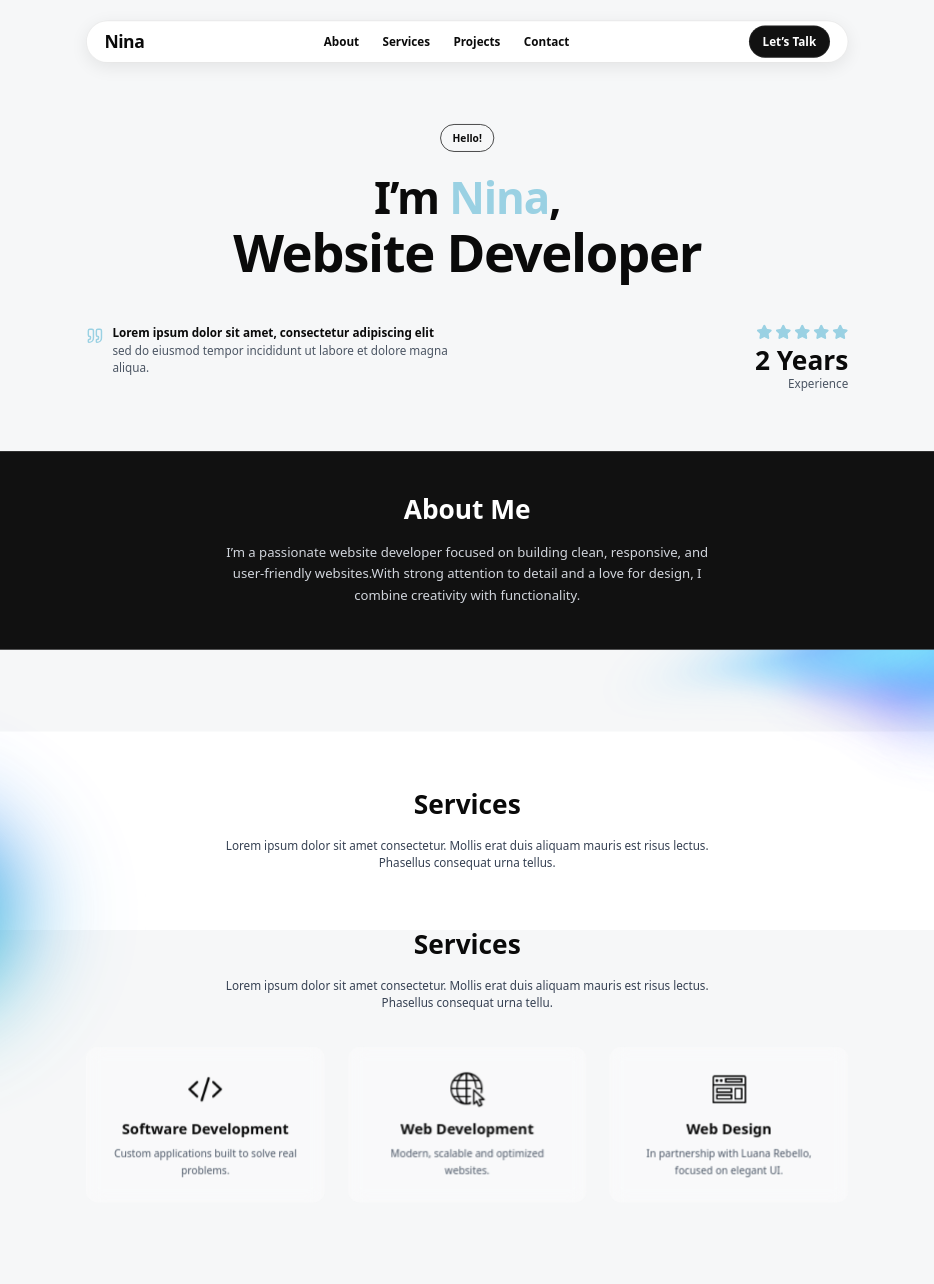
Repository: nina-rebello/portfolio
Page: /
An editor plug-in stored every save of this project. The page is shown before and after the next save, followed by the edit.
The browser window is 1280 px wide. The pictures show the whole page, at 73% of full size.
The project was rebuilt for these pictures with package versions that can differ from the ones it lists, and the page was loaded fresh each time. The framework's server and built-in components were replaced by stand-ins that run in the browser. Also part of the build but not shown: next.config.ts.

Above is the page before, as saved 2025-09-11 17:08:26.

### app/page.tsx
// app/page.tsx
import Header from "@/components/header/Header";
import AboutMe from "@/components/sections/About";
import Hero from "@/components/sections/Hero";
import Services from "@/components/sections/Services";

export default function HomePage() {
  return (
    <>
      <Header />
      <main>
        <Hero />
        <AboutMe />
        <Services />
      </main>
    </>
  );
}

### app/globals.css
@import "tailwindcss";
/* app/(styles)/header.css */
:root{
  --bg:#f6f7f8;           /* fundo clarinho do mock */
  --ink:#0a0a0a;          /* texto principal */
  --muted:#4b5563;        /* texto secundário */
  --pill:#ffffff;         /* fundo do header/cta pill */
  --brand:#9ad1e3;        /* azul do “Nina” e estrelas */
}

html,body{background:var(--bg); color:var(--ink);}

/* helpers */
.container-hero{max-width:1100px; margin-inline:auto; padding-inline:clamp(16px,3vw,28px);}
.glass{
  background:var(--pill);
  border:1px solid rgba(0,0,0,.08);
  box-shadow:0 6px 24px rgba(0,0,0,.08);
}
.btn-pill{
  border-radius:9999px; padding:10px 18px; font-weight:600;
  background:#111; color:#fff; border:1px solid rgba(255,255,255,.1);
  transition:transform .15s ease, box-shadow .15s ease, opacity .2s ease;
}
.btn-pill:hover{ transform:translateY(-1px); box-shadow:0 8px 24px rgba(0,0,0,.18);}
.nav-link{ padding:10px 14px; border-radius:12px; font-weight:600; }
.nav-link:hover{ background:rgba(0,0,0,.04); }

### components/header/Header.tsx
"use client";

import Link from "next/link";
import { useState, useEffect } from "react";
import { Menu, X } from "lucide-react";

const NAV = [
  { label: "About", href: "#about" },
  { label: "Services", href: "#services" },
  { label: "Projects", href: "#projects" },
  { label: "Contact", href: "#contact" },
];

export default function Header() {
  const [open, setOpen] = useState(false);

  // fecha o menu ao navegar/scroll
  useEffect(() => {
    const close = () => setOpen(false);
    window.addEventListener("scroll", close);
    return () => window.removeEventListener("scroll", close);
  }, []);

  return (
    <header className="sticky top-7 z-50">
      <div className="container-hero">
        <div
          className="glass flex items-center justify-between rounded-[32px] px-4 sm:px-6 py-1.5"
          role="navigation"
          aria-label="Primary"
        >
          {/* logo / nome */}
          <Link href="/" className="font-bold tracking-tight text-xl sm:text-2xl">
            Nina
          </Link>

          {/* desktop nav */}
          <nav className="hidden md:flex items-center gap-1">
            {NAV.map((i) => (
              <a key={i.href} href={i.href} className="nav-link">
                {i.label}
              </a>
            ))}
          </nav>

          {/* CTA */}
          <div className="hidden md:block">
            <a href="#contact" className="btn-pill">Let’s Talk</a>
          </div>

          {/* mobile toggle */}
          <button
            aria-label="Abrir menu"
            className="md:hidden p-2 rounded-xl hover:bg-black/5"
            onClick={() => setOpen((v) => !v)}
          >
            {open ? <X /> : <Menu />}
          </button>
        </div>

        {/* mobile sheet */}
        {open && (
          <div className="md:hidden mt-2 glass rounded-3xl p-3">
            <nav className="grid gap-1">
              {NAV.map((i) => (
                <a
                  key={i.href}
                  href={i.href}
                  className="nav-link"
                  onClick={() => setOpen(false)}
                >
                  {i.label}
                </a>
              ))}
              <a href="#contact" className="btn-pill text-center mt-1">
                Let’s Talk
              </a>
            </nav>
          </div>
        )}
      </div>
    </header>
  );
}

### components/sections/About.tsx
export default function AboutMe() {
  return (
    <section id="about" className="bg-[#111] text-white  py-11 sm:py-15 mt-4 sm:mt-20">
      <div className="container-hero text-center">
        <h2 className="text-3xl sm:text-4xl font-extrabold mb-6">
          About Me
        </h2>
        <p className="max-w-2xl mx-auto text-lg text-gray-300 leading-relaxed">
          I’m a passionate website developer focused on building
          clean, responsive, and user-friendly websites.
          {/* <br /> */}
          With strong attention to detail and a love for design,
          I combine creativity with functionality.
        </p>
      </div>
    </section>
  );
}

### components/sections/Hero.tsx
import { Quote, Star } from "lucide-react";

function HelloBubble() {
  return (
    <div className="inline-flex items-center gap-2">
      <span className="inline-flex items-center justify-center rounded-full border px-4 py-2 text-sm font-semibold">
        Hello!
      </span>
    </div>
  );
}

export default function Hero() {
  return (
    <section className="pt-20 sm:pt-28">
      <div className="container-hero">
        {/* bloco principal */}
        <div className="text-center">
          <div className="mb-6 sm:mb-8">
            <HelloBubble />
          </div>

          <p className="text-4xl sm:text-5xl md:text-6xl font-bold tracking-tight">
            I’m{" "}
            <span style={{ color: "var(--brand)" }}>
              Nina
            </span>
            ,
          </p>
          <h1 className="mt-2 text-4xl sm:text-6xl md:text-7xl font-bold tracking-tight">
            Website Developer
          </h1>
        </div>

        {/* faixa inferior: quote esquerda / rating direita */}
        <div className="mt-16 grid grid-cols-1 md:grid-cols-2 gap-8 items-start">
          {/* quote */}
          <div className="flex gap-3">
            <div className="mt-1">
              <Quote className="text-[var(--brand)]" />
            </div>
            <div>
              <p className="font-semibold">
                Lorem ipsum dolor sit amet, consectetur adipiscing elit
              </p>
              <p className="text-[var(--muted)]">
                sed do eiusmod tempor incididunt ut labore et dolore magna aliqua.
              </p>
            </div>
          </div>

          {/* rating / experiência */}
          <div className="flex md:justify-end">
            <div className="text-right">
              <div className="flex justify-end gap-1 mb-2" aria-label="5 out of 5 stars">
                {Array.from({ length: 5 }).map((_, i) => (
                  <Star key={i} className="text-[var(--brand)]" fill="currentColor" size={22} />
                ))}
              </div>
              <div className="text-3xl sm:text-4xl font-bold">2 Years</div>
              <div className="text-[var(--muted)]">Experience</div>
            </div>
          </div>
        </div>
      </div>
    </section>
  );
}

### components/sections/Services.tsx
import Image from "next/image";
import { Code, Globe, Layout } from "lucide-react";

const services = [
  {
    icon: "/icons/icons8-source-code-96.png",
    title: "Software Development",
    desc: "Custom applications built to solve real problems.",
  },
  {
    icon: "/icons/icons8-internet-100.png",
    title: "Web Development",
    desc: "Modern, scalable and optimized websites.",
  },
  {
    icon: "/icons/icons8-web-100.png",
    title: "Web Design",
    desc: "In partnership with Luana Rebello, focused on elegant UI.",
  },
];
export default function Services() {
  return (
    <section id="services" className="relative overflow-hidden py-28">

      {/* === topo branco (título + texto) === */}
      <div className="bg-white py-20 text-center">
        <div className="container-hero">
          <h2 className="text-3xl sm:text-4xl font-extrabold mb-6">Services</h2>
          <p className="max-w-2xl mx-auto text-gray-700">
            Lorem ipsum dolor sit amet consectetur. Mollis erat duis aliquam
            mauris est risus lectus. Phasellus consequat urna tellus.
          </p>
        </div>
      </div>

      {/* === background gradients === */}
      <div className="absolute inset-0 z-0 pointer-events-none select-none">
        <Image
          src="/gradients/light-leak-blur-transparent-free-png.png"
          alt=""
          width={1400}
          height={1000}
          className="absolute -top-80 left-200 w-[1000px] opacity-80"
          priority
        />
        <Image
          src="/gradients/blur-gradient.png"
          alt=""
          width={600}
          height={600}
          className="absolute top-4 right-250 w-[760px] opacity-70"
        />
      </div>

      {/* === conteúdo (fica acima do fundo) === */}
      <div className="container-hero relative z-10 text-center">
        <h2 className="text-3xl sm:text-4xl font-extrabold mb-6">Services</h2>
        <p className="max-w-2xl mx-auto mb-12 text-gray-700">
          Lorem ipsum dolor sit amet consectetur. Mollis erat duis aliquam
          mauris est risus lectus. Phasellus consequat urna tellu.
        </p>

        <div className="grid gap-8 sm:grid-cols-2 lg:grid-cols-3">
          {services.map((s) => (
            <div
              key={s.title}
              className="rounded-2xl p-8 backdrop-blur-md hover:shadow-xl transition
                       bg-white/30 border border-white/20"
              >
              <Image
                src={s.icon}
                alt={s.title}
                width={50}
                height={50}
                className="mx-auto mb-4"
              />
              <h3 className="font-bold text-xl mb-2">{s.title}</h3>
              <p className="text-gray-600 text-sm leading-relaxed">{s.desc}</p>
            </div>
          ))}
        </div>
      </div>
    </section>
  );
}

Loaded but not shown: app/layout.tsx (common file)

After the next save:
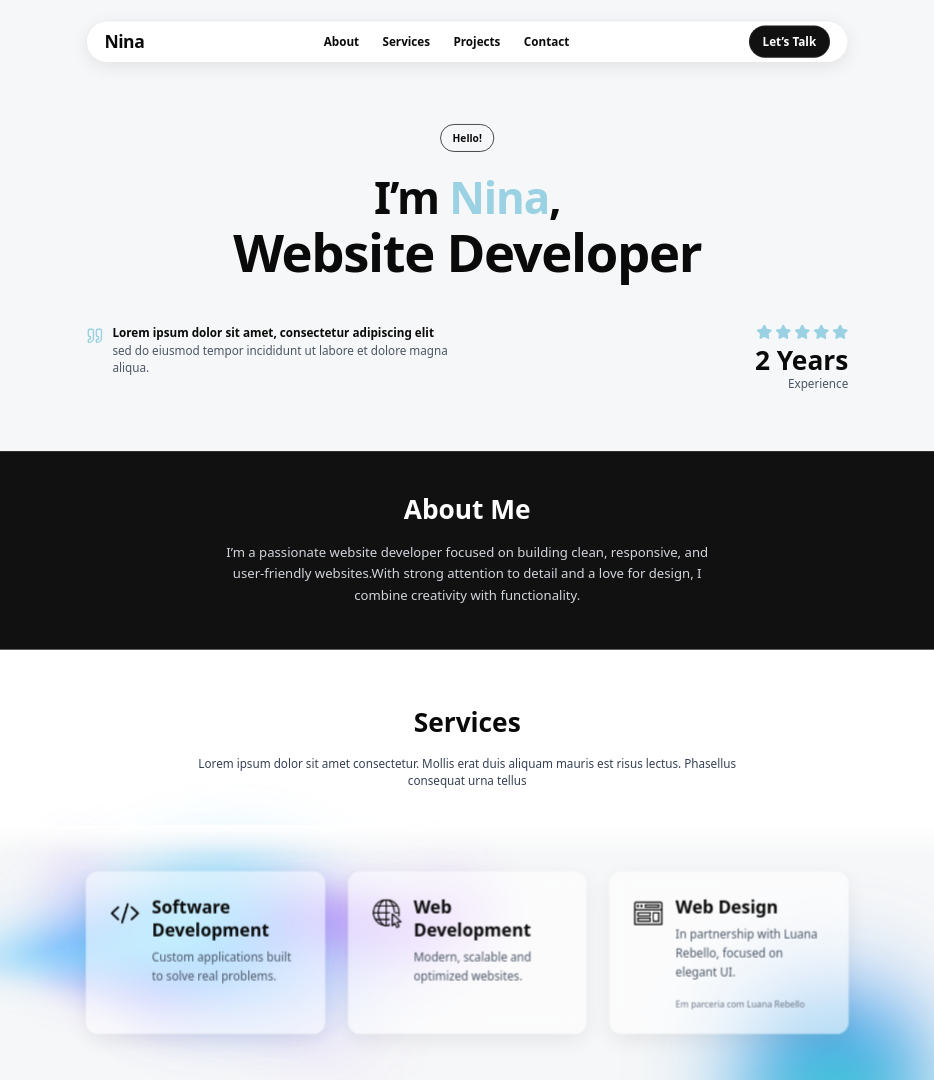
Saved 117 s later.
--- a/components/sections/Services.tsx
+++ b/components/sections/Services.tsx
@@ -1,5 +1,4 @@
 import Image from "next/image";
-import { Code, Globe, Layout } from "lucide-react";
 
 const services = [
   {
@@ -18,66 +17,76 @@ const services = [
     desc: "In partnership with Luana Rebello, focused on elegant UI.",
   },
 ];
+
 export default function Services() {
   return (
-    <section id="services" className="relative overflow-hidden py-28">
-
-      {/* === topo branco (título + texto) === */}
-      <div className="bg-white py-20 text-center">
+    <section id="services" className="relative overflow-hidden">
+      {/* ===== Topo branco (título + texto) ===== */}
+      <div className="bg-white pt-20 pb-12 text-center">
         <div className="container-hero">
           <h2 className="text-3xl sm:text-4xl font-extrabold mb-6">Services</h2>
-          <p className="max-w-2xl mx-auto text-gray-700">
+          <p className="max-w-3xl mx-auto text-gray-700">
             Lorem ipsum dolor sit amet consectetur. Mollis erat duis aliquam
-            mauris est risus lectus. Phasellus consequat urna tellus.
+            mauris est risus lectus. Phasellus consequat urna tellus
           </p>
         </div>
       </div>
 
-      {/* === background gradients === */}
-      <div className="absolute inset-0 z-0 pointer-events-none select-none">
-        <Image
-          src="/gradients/light-leak-blur-transparent-free-png.png"
-          alt=""
-          width={1400}
-          height={1000}
-          className="absolute -top-80 left-200 w-[1000px] opacity-80"
-          priority
-        />
-        <Image
-          src="/gradients/blur-gradient.png"
-          alt=""
-          width={600}
-          height={600}
-          className="absolute top-4 right-250 w-[760px] opacity-70"
-        />
-      </div>
+      {/* ===== Faixa gradiente (cards) ===== */}
+      <div className="relative py-16">
+        {/* gradientes de fundo */}
+        <div className="absolute inset-0 z-0 pointer-events-none select-none">
+          <Image
+            src="/gradients/light-leak-blur-transparent-free-png.png"
+            alt=""
+            width={1400}
+            height={1000}
+            className="absolute -top-40 left-[-220px] w-[1000px] opacity-80"
+            priority
+          />
+          <Image
+            src="/gradients/blur-gradient.png"
+            alt=""
+            width={760}
+            height={760}
+            className="absolute top-4 right-[-250px] w-[760px] opacity-70"
+          />
 
-      {/* === conteúdo (fica acima do fundo) === */}
-      <div className="container-hero relative z-10 text-center">
-        <h2 className="text-3xl sm:text-4xl font-extrabold mb-6">Services</h2>
-        <p className="max-w-2xl mx-auto mb-12 text-gray-700">
-          Lorem ipsum dolor sit amet consectetur. Mollis erat duis aliquam
-          mauris est risus lectus. Phasellus consequat urna tellu.
-        </p>
+          {/* fade branco -> transparente na emenda (igual ao mock) */}
+          <div className="absolute top-0 left-0 right-0 h-10 bg-gradient-to-b from-white to-transparent" />
+        </div>
 
-        <div className="grid gap-8 sm:grid-cols-2 lg:grid-cols-3">
-          {services.map((s) => (
-            <div
-              key={s.title}
-              className="rounded-2xl p-8 backdrop-blur-md hover:shadow-xl transition
-                       bg-white/30 border border-white/20"
+        {/* grid de cards */}
+        <div className="container-hero relative z-10">
+          <div className="grid gap-8 sm:grid-cols-2 lg:grid-cols-3">
+            {services.map((s) => (
+              <div
+                key={s.title}
+                className="rounded-[16px] p-8 bg-white/55 backdrop-blur-md
+                           ring-1 ring-white/30 shadow-[0_10px_30px_rgba(0,0,0,0.08)]
+                           transition hover:shadow-[0_16px_40px_rgba(0,0,0,0.12)]"
               >
-              <Image
-                src={s.icon}
-                alt={s.title}
-                width={50}
-                height={50}
-                className="mx-auto mb-4"
-              />
-              <h3 className="font-bold text-xl mb-2">{s.title}</h3>
-              <p className="text-gray-600 text-sm leading-relaxed">{s.desc}</p>
-            </div>
-          ))}
+                <div className="flex items-start gap-4">
+                  <Image
+                    src={s.icon}
+                    alt={s.title}
+                    width={42}
+                    height={42}
+                    className="mt-1 shrink-0"
+                  />
+                  <div>
+                    <h3 className="font-semibold text-2xl mb-2">{s.title}</h3>
+                    <p className="text-gray-600 leading-relaxed">{s.desc}</p>
+                    {s.title === "Web Design" && (
+                      <p className="mt-6 text-xs text-gray-500">
+                        Em parceria com Luana Rebello
+                      </p>
+                    )}
+                  </div>
+                </div>
+              </div>
+            ))}
+          </div>
         </div>
       </div>
     </section>
